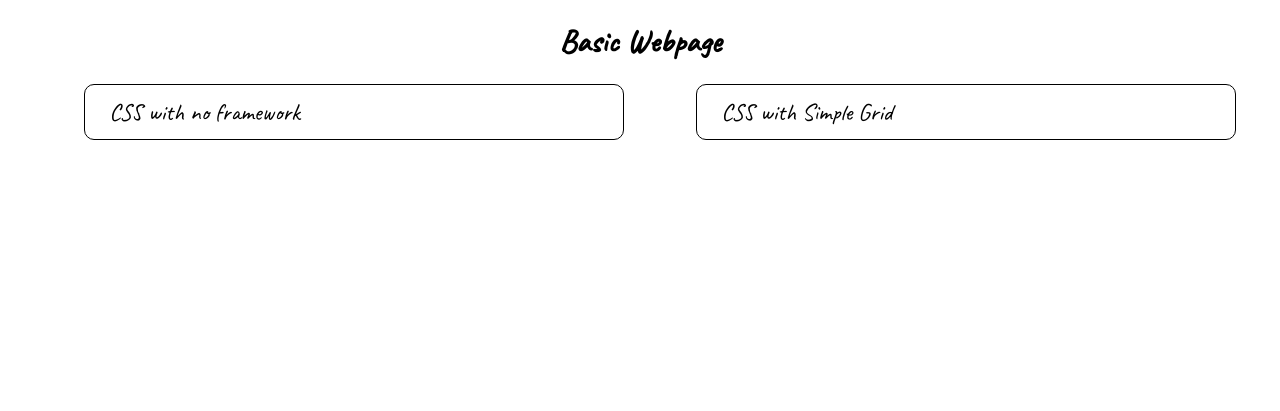
Repository: lasity34/basic-webpage
Page: index.html
The author's editor kept a copy of each file at every save. The page is drawn from the files as they stood at one save, then again after the next save.
The browser window is 1280 px wide. The pictures show the whole page.

Above is the page before, as saved 2023-03-06 18:48:23.

### index.html
<!DOCTYPE html>
<html lang="en">
  <head>
    <meta charset="UTF-8" />
    <link rel="stylesheet" type="text/css" href="styles.css" />
    <link rel="preconnect" href="https://fonts.googleapis.com" />
    <link rel="preconnect" href="https://fonts.gstatic.com" crossorigin />
    <link
      href="https://fonts.googleapis.com/css2?family=Caveat&display=swap"
      rel="stylesheet"
    />
    <meta http-equiv="X-UA-Compatible" content="IE=edge" />
    <meta name="viewport" content="width=device-width, initial-scale=1.0" />
    <title>Basic Webpage</title>
  </head>
  <body>
    <h1 id="landing_title">Basic Webpage</h1>
    <nav>
      <ul>
        <li><a href="./my - webpage.html">CSS with no framework</a></li>
        <li><a href="./my - webpage - grid.html">CSS with Simple Grid</a></li>
      </ul>
    </nav>
  </body>
</html>

### styles.css
/* global */

* {
  font-family: "Caveat", "Arial Narrow", Arial, sans-serif;
}

main {
  max-width: 95%;
  margin: 2rem auto;
}

li {
  list-style: none;
}

section {
  margin-top: 4rem;
  text-align: center;
}

/* profile */

#profile_name {
  font-size: 2rem;
  text-align: center;
}

#img_container {
  text-align: center;
}

#profile_img {
  width: 60%;
}

/* language */

table {
  margin: auto;

}

td,
th {
  border: 1px solid black;
  padding: 0.3em;
  width: 1%;
  text-align: left;
}

/* historic places */

.places_container {
  display: grid;
  grid-template-columns: 40% 50%;
  padding: 0.5em;
  justify-content: space-around;
}

.places_info {
  padding-right: 1.5em;
  text-align: center;
}

#places_info_hall {
  padding-left: 1.5em;
}

.places_container img {
  width: 50%;
  margin: auto;
}

/* max-width 767px */

@media (max-width: 567px) {
  .places_container {
    display: flex;
    flex-direction: column;
    margin: 0.5em 0;
    padding: 0 0.5em;
    border-top: 1px black solid;
  }

  .places_container img {
    width: 100%;
  }

  #places_info_hall {
    order: -1;
    padding-left: 0;
  }

  .places_info,
  #places_info_hall {
    margin-bottom: 2em;
  }
}

@media (min-width: 920px) {
  main {
    max-width: 95%;
  }

  #profile_section {
    display: grid;
    grid-template-columns: 50% 40%;
  }

  p, .places_info, #places_info_hall {
    margin: auto 0;

  }

  #city_section {
    display: grid;
    justify-content: space-around;
    grid-template-columns: 30% 50%;
  }

  #places_grid {
    display: grid;
    grid-template-columns: 33% 33% 33%;
  }

  #places_info_hall {
    order: -1;
  }

  .places_container {
    grid-template-columns: 60% 35%;
  }

}

/* landing page */

#landing_title {
  text-align: center;
}

nav {
  height: 20vh;
}

nav ul {
  display: flex;
  justify-content: space-around;
  align-content: center;

}

li {
  border: 1px solid black;
  width: 40%;
  padding: 0.5em 1em;
  font-size: 1.5rem;
  border-radius: 10px;
}

a {
  text-decoration: none;
  color: black;
}

After the next save:
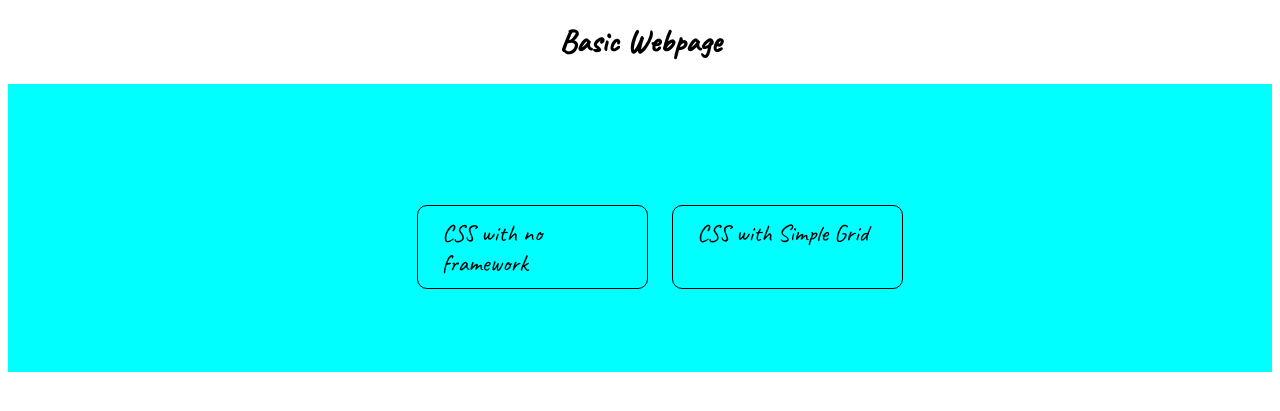
Saved 3 min 26 s later.
--- a/styles.css
+++ b/styles.css
@@ -140,22 +140,30 @@
 }
 
 nav {
-  height: 20vh;
+  height: 40vh;
+  background-color: aqua;
+  display: flex;
+  justify-content: space-around;
+  align-items: center;
+
 }
 
 nav ul {
   display: flex;
   justify-content: space-around;
   align-content: center;
+  height: 13vh;
 
 }
 
 li {
   border: 1px solid black;
-  width: 40%;
+  width: 50%;
   padding: 0.5em 1em;
+  margin: 1em 0.5em;
   font-size: 1.5rem;
   border-radius: 10px;
+  height: 8vh;
 }
 
 a {

After the save that followed:
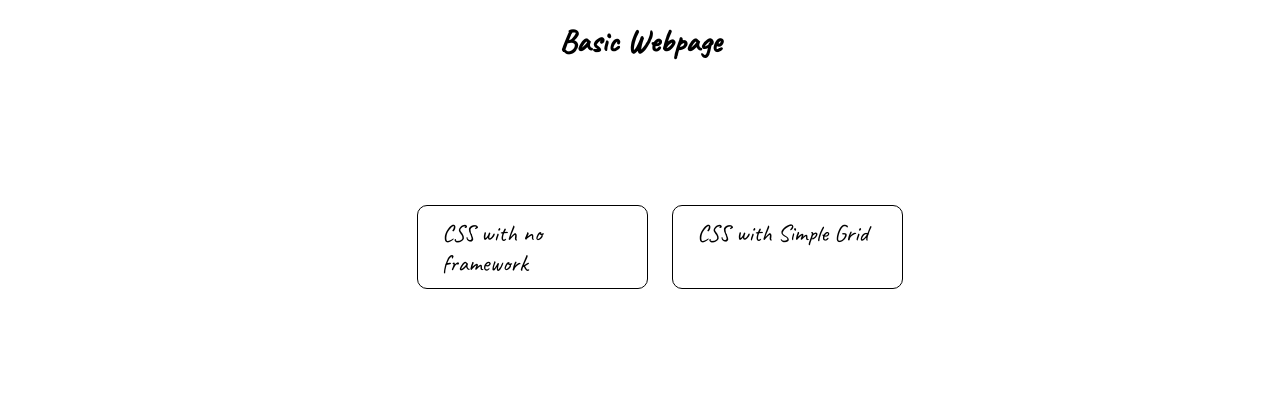
Saved 112 s later.
--- a/styles.css
+++ b/styles.css
@@ -141,7 +141,7 @@
 
 nav {
   height: 40vh;
-  background-color: aqua;
+
   display: flex;
   justify-content: space-around;
   align-items: center;
@@ -158,7 +158,7 @@
 
 li {
   border: 1px solid black;
-  width: 50%;
+  width: 80%;
   padding: 0.5em 1em;
   margin: 1em 0.5em;
   font-size: 1.5rem;
@@ -166,6 +166,11 @@
   height: 8vh;
 }
 
+li:hover {
+  background-color: black;
+  color: beige;
+}
+
 a {
   text-decoration: none;
   color: black;
